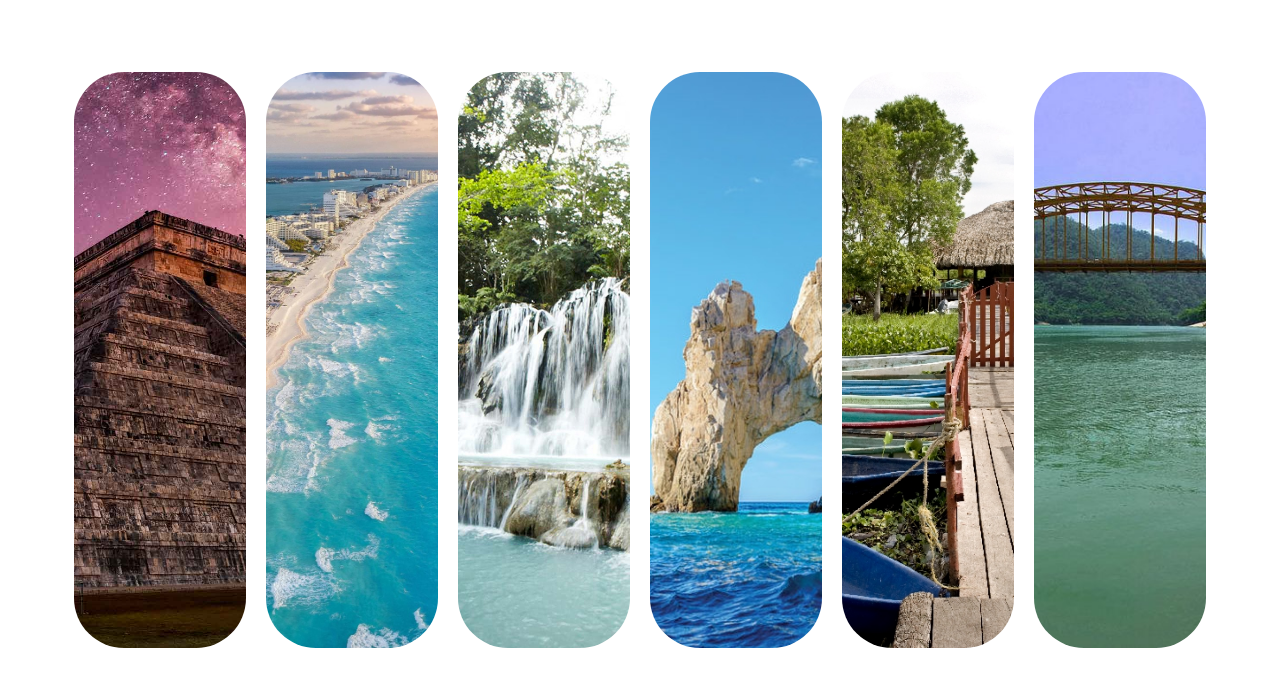
Repository: ElideZavala/Tarjetas-de-Imagenes
Page: index.html
These files come from the project's save history. The page is drawn as it stood at one moment and after the next save; the edit follows.
The browser window is 1280 px wide. The pictures show the whole page.
Some web fonts or font styles are not loaded; a fallback is used.

Above is the page before, as saved 2021-05-27 09:36:10.
Not found: script.js

After the next save:
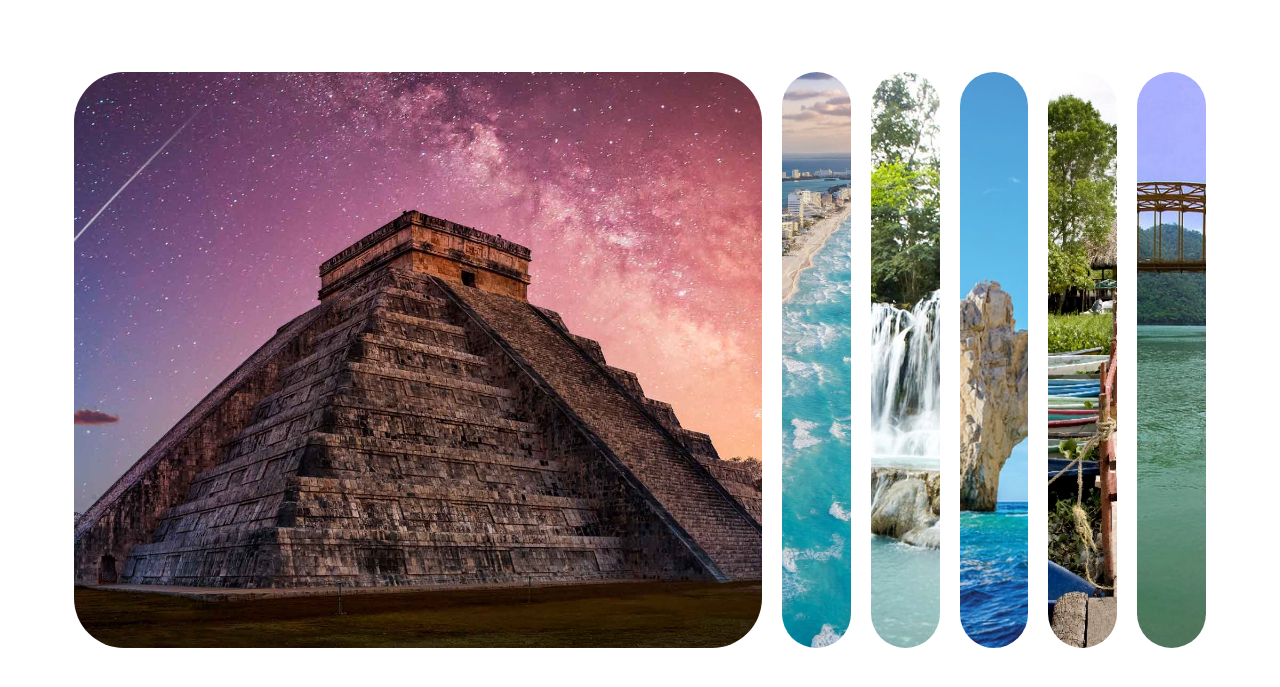
Saved 2 min 48 s later.
--- a/style.css
+++ b/style.css
@@ -42,3 +42,7 @@ body {
 	margin: 0;
 	opacity: 0;
 }
+
+.panel.active {
+	flex: 5;
+}

After the save that followed:
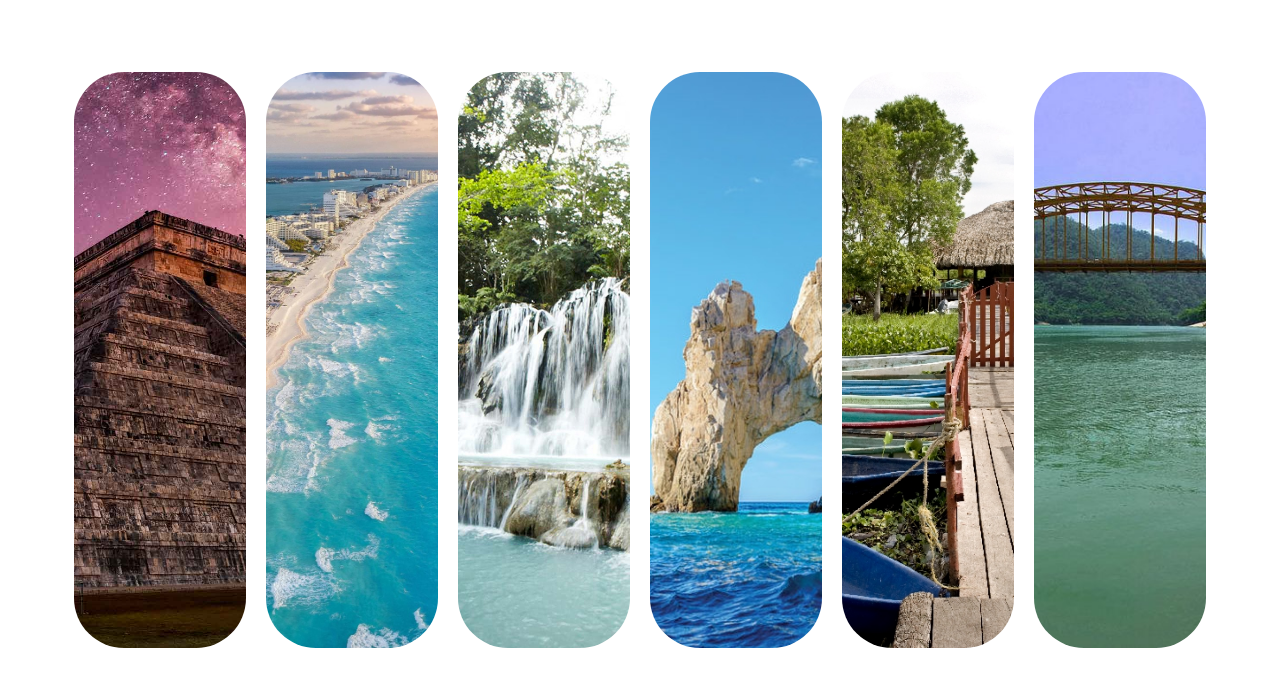
Saved 81 s later.
--- a/style.css
+++ b/style.css
@@ -43,6 +43,6 @@ body {
 	opacity: 0;
 }
 
-.panel.active {
+.panel:hover {
 	flex: 5;
 }
